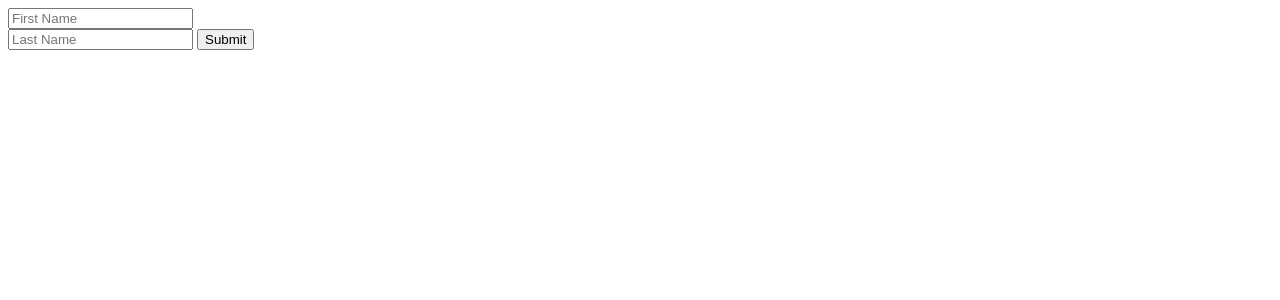
Repository: charlieactor/Skill-Distillery
Page: workspace/HelloWorld/WebContent/input.html
The author's editor kept a copy of each file at every save. The page is drawn from the files as they stood at one save, then again after the next save.
The browser window is 1280 px wide. The pictures show the whole page.

Above is the page before, as saved 2017-07-10 16:11:48.

### workspace/HelloWorld/WebContent/input.html
<!DOCTYPE html>
<html>
<head>
	<title>My First Form</title>
</head>
<body>
	<form action="SayHello" method="GET">
		<input type="text" name="firstname" placeholder="First Name"/><br>
		<input type="text" name="lastname" placeholder="Last Name" />
		<input type="submit" value="Submit" />
	</form>
</body>
</html>

After the next save:
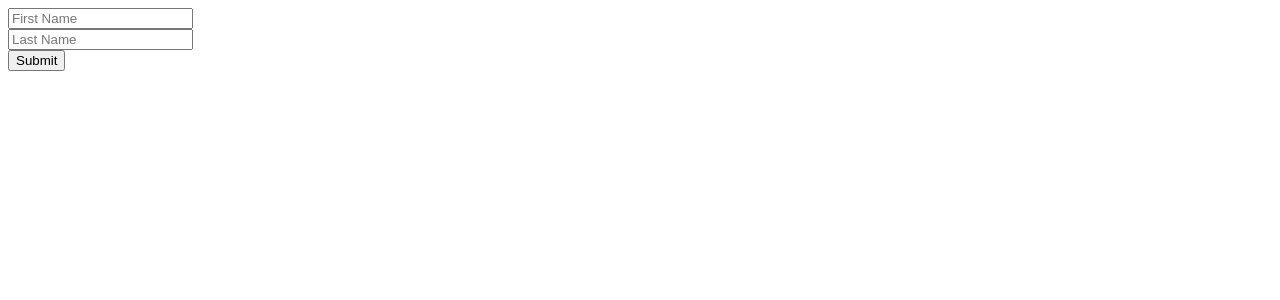
Saved 9 s later.
--- a/workspace/HelloWorld/WebContent/input.html
+++ b/workspace/HelloWorld/WebContent/input.html
@@ -6,7 +6,7 @@
 <body>
 	<form action="SayHello" method="GET">
 		<input type="text" name="firstname" placeholder="First Name"/><br>
-		<input type="text" name="lastname" placeholder="Last Name" />
+		<input type="text" name="lastname" placeholder="Last Name" /> <br>
 		<input type="submit" value="Submit" />
 	</form>
 </body>
